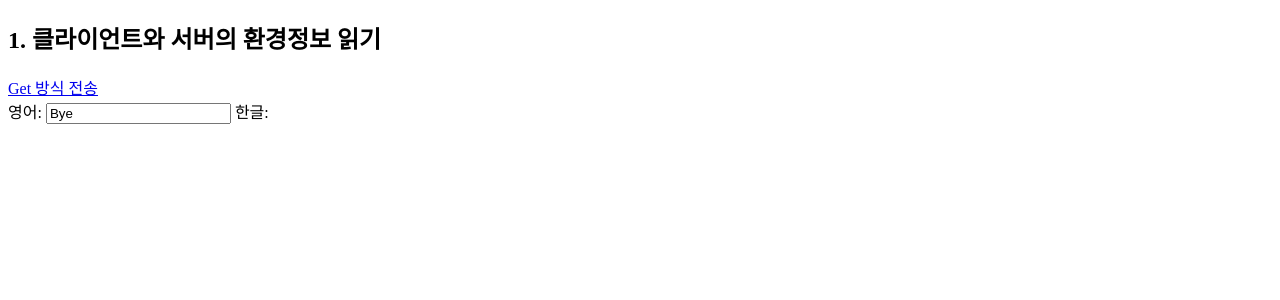
Repository: bhj305/JSP_Servlet
Page: http://localhost/MustHaveJSP/02ImplicitObject/RequestMain.jsp
An editor plug-in stored every save of this project. The page is shown before and after the next save, followed by the edit.
The browser window is 1280 px wide. The pictures show the whole page.
The page is served by Tomcat 10. Other server files are loaded and not shown.

Above is the page before, as saved 2025-05-02 05:46:55.

### MustHaveJSP/src/main/webapp/02ImplicitObject/RequestMain.jsp
<%@ page language="java" contentType="text/html; charset=UTF-8"
    pageEncoding="UTF-8"%>
<!DOCTYPE html>
<html>
	<head>
	<meta charset="UTF-8">
	<title>내장 객체 - request</title>
	</head>
	<body>
		<h2>1. 클라이언트와 서버의 환경정보 읽기</h2>
		<a href='./RequestWebInfo.jsp?eng=Hello&han=안녕'>
		Get 방식 전송
		</a>
		<br/>
		<form action="./RequestWebInfo.jsp" method="post" accept-charset="UTF-8">
			영어: <input type="text" name="eng" value="Bye" />
			한글:
		</form>
	</body>
</html>

After the next save:
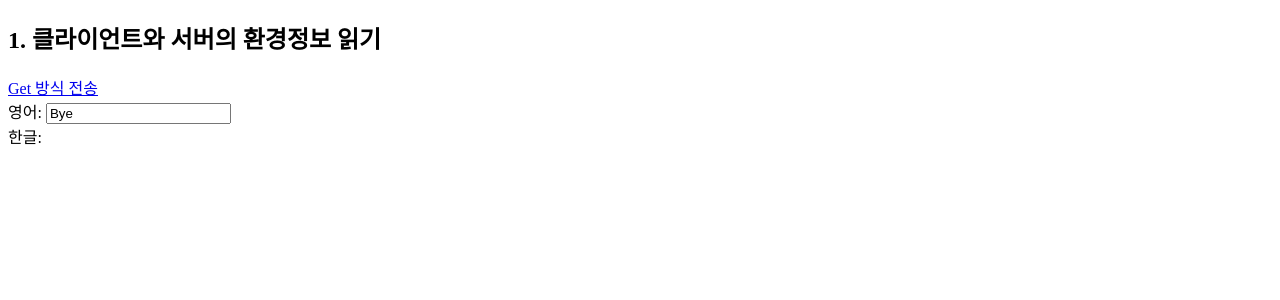
Saved 8 s later.
--- a/MustHaveJSP/src/main/webapp/02ImplicitObject/RequestMain.jsp
+++ b/MustHaveJSP/src/main/webapp/02ImplicitObject/RequestMain.jsp
@@ -13,7 +13,7 @@
 		</a>
 		<br/>
 		<form action="./RequestWebInfo.jsp" method="post" accept-charset="UTF-8">
-			영어: <input type="text" name="eng" value="Bye" />
+			영어: <input type="text" name="eng" value="Bye" /><br/>
 			한글:
 		</form>
 	</body>
